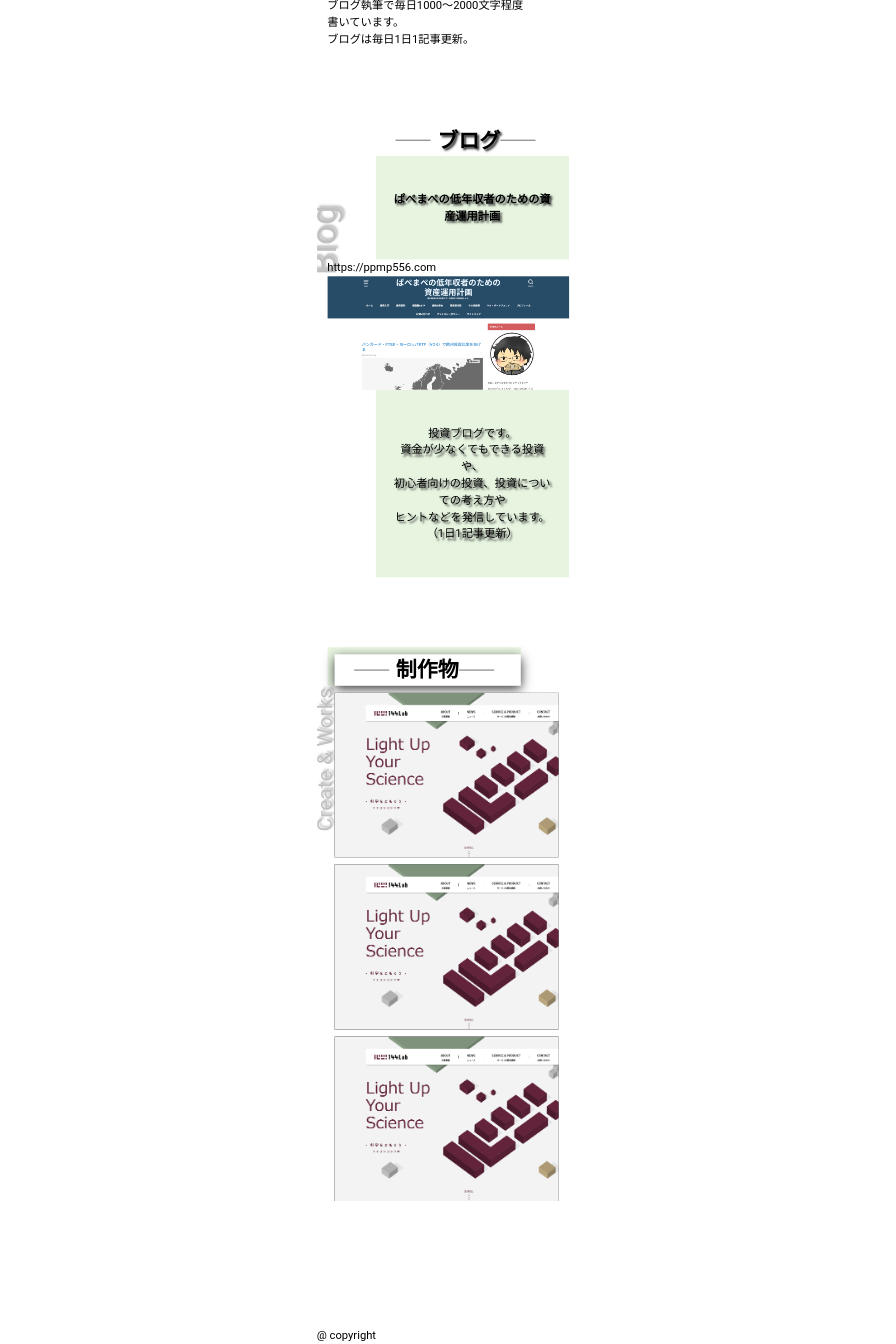
Repository: ppmp556/portfolio6
Page: index copy.html
These files come from the project's save history. The page is drawn as it stood at one moment and after the next save; the edit follows.
The browser window is 1280 px wide. The pictures show the part of the page from y = 2644 to 4564 px (the page is 4564 px tall before and 4549 px after), at 70% of full size.
Some web libraries are served in a nearby version. The style sheet was rebuilt from its Sass, Less or Tailwind sources for each picture, by a compiler version that may differ from the author's.

Above is the page before, as saved 2020-10-26 16:24:50.

### index copy.html
<!DOCTYPE html>
<html ja>
  <head>
    <meta charset="utf-8" />
    <meta
      name="viewport"
      content="width=device-width, initial-scale=1.0, maximum-scale=1.0, minimum-scale=1.0"
    />
    <title>ポートフォリオ</title>
    <link rel="stylesheet" href="css/faundation.css" />
    <link rel="stylesheet" href="css/main.css" />
    <link
      href="https://use.fontawesome.com/releases/v5.6.1/css/all.css"
      rel="stylesheet"
    />
    <script src="https://ajax.googleapis.com/ajax/libs/jquery/3.4.1/jquery.min.js"></script>
  </head>

  <body>
    <div class="container">

      <div class="kv" id="kv_slide">
        <div class="kv_container">
          <img src="images/道.jpg" alt="" class="kv_img">
          <img src="images/仕事場.jpg" alt="" class="kv_img">
          <img src="images/木.jpg" alt="" class="kv_img">



          <!-- <div class="kv_wrapper line"> -->
            <div class="kv_txtbox">

              <p class="kv_ttl">
                kuma
                  <!-- ポートフォリオ<span class="line_type">|</span> -->
              </p><!-- /.kv_animetype -->
              <p class="kv_txt line">making website<span class="line_type">|</span></p><!-- /.kv_txt -->


            <!-- </div> -->
            </div><!-- /.kv_txtbox -->
          <!-- /.kv_wrapper -->
        </div><!-- /.kv_container -->
      </div>
      <!-- /#kv.kv -->

      <header class="header" id="top">
        <div class="header_inner flex">
          <h1 class="header_ttl"><a href="index.html">My Portfolio</a></h1>
          <!-- /.header_ttl -->

          <nav class="nav">
            <!-- ハンバーガーメニュー部分 -->

            <div class="nav_ham" id="nav_toggle">
              <span class="nav_line tg1"></span>
              <span class="nav_line tg2"></span>
              <span class="nav_line tg3"></span>
            </div>
            <!-- ハンバーガーメニューここまで -->

            <ul class="nav_list flex">
              <div class="nav_inner">
                <li class="nav_item">
                  <a href="#Top" class="nav_link">TOP</a>
                </li>
                <!-- /.nav_item -->
                <li class="nav_item">
                  <a href="#about" class="nav_link">Profile</a>
                </li>
                <!-- /.nav_item -->
                <li class="nav_item">
                  <a href="#skill" class="nav_link">Skill</a>
                </li>
                <!-- /.nav_item -->
                <li class="nav_item">
                  <a href="#blog" class="nav_link">Blog</a>
                </li>
                <!-- /.nav_item -->
                <li class="nav_item">
                  <a href="#create" class="nav_link">Create</a>
                </li>
                <!-- /.nav_item -->
              </div><!-- /.nav_inner -->
            </ul>
            <!-- /.nav_list -->
          </nav>
          <!-- /.nav -->
        </div><!-- /.header_inner -->
      </header>
      <!-- /.header -->



      <main class="main_container">
        <div class="inner">

          <section class="about" id="about">
            <h2 class="section_ttl">プロフィール</h2>
            <!-- /.section_ttl -->

            <div class="section_inner">
              <p class="about_txt">
                Lorem ipsum dolor sit amet consectetur adipisicing elit. Accusamus laudantium aperiam quis, voluptates nihil asperiores eaque, eligendi quisquam amet animi perspiciatis ex quia inventore maxime, iusto et magni delectus fugit.
              </p><!-- /.about_txt -->

              <div class="about_clip clip1">
                <div class="about_content">
                  <div class="about_imgbox">
                    <img src="images/アイコン.jpg" alt="" class="about_img">
                    <div class="about_share">
                      <a href="" class="about_share_icon">
                        <i class="fab fa-twitter fa-2x share"></i>
                        <p class="about_sharetxt">Twittreアカウント：ぱぺまぺ</p>
                        <!-- /.about_sharetxt --> </a
                      ><!-- /.about_share_icon -->
                        <br>
                      <!-- <a -->
                        <!-- href="https://twitter.com/share" -->
                        <!-- class="twitter_share_button" -->
                        <!-- data-via="webgaku" -->
                        <!-- data-lang="ja" -->
                        <!-- >ツイート</a -->
                      <!-- > -->
                        <!-- <br> -->
                      <a
                        href="https://twitter.com/ppmp65"
                        class="twitter_follow_button"
                        data-show-count="false"
                        data-lang="ja"
                        >@ppmp65さんをフォロー</a
                      >
                    </div>
                    <!-- /.about_share -->
                  </div>
                  <!-- /.about_imgbox -->
                </div>
                <!-- /.about_content -->
              </div><!-- /.about_clip -->


              <div class="about_clip clip2">
                <div class="about_content __aboutblock">
                  <div class="about_imgbox">
                    <img src="/images/IMG_20190603_225315.jpg" alt="" class="about_img">
                  </div><!-- /.about_imgbox -->
                  <p class="about_txt">
                    はじめまして、福島県を拠点に活動するフリーランスエンジニアの熊田といいます。<br />
                  </p>
                  <!-- /.about_txt -->
                </div>
                <!-- /.about_content -->

              </div><!-- /.about_clip -->
            </div>
            <!-- /.section_inner -->
          </section>
          <!-- /#about.about -->



          <section class="policy" id="policy">
            <div class="section_ttlwrap">
              <h2 class="section_ttl">大切にしていること</h2>
            </div><!-- /.section_ttlwrap -->
            <!-- /.section_ttl -->

            <div class="policy_animebox">
              <div class="policy_anime">
                <p class="policy_txt">
                  <!-- 小さなことからコツコツと毎日やる。<br /> -->
                  <!-- 毎日1mmでもいいから前にすすめる。 -->
                  サンプルサンプルサンプル
                  サンプルサンプルサンプル
                  サンプルサンプルサンプル
                  サンプルサンプルサンプル
                  サンプルサンプルサンプル
                </p>
                <!-- /.policy_txt -->
              </div>
              <!-- /.policy_anime -->
            </div>
            <!-- /.policy_anime -->
          </section>
          <!-- /#policy.policy -->

          <section class="skill" id="skill">
            <div class="scroll_fade_row">
              <h2 class="section_ttl">できること</h2>
              <!-- /.section_ttl -->

              <div class="skill_box">
                <div class="skill_content">


                  <!-- <div class="slide_btn prev"> -->
                    <!-- <i class="fas fa-chevron-circle-left"></i> -->
                  <!-- </div> -->
                  <!-- /.slide_btn -->

                  <div class="skill_inner">
                    <div class="skill_inbox slide active">
                      <i class="skillIcon fas fa-pen"></i>
                      <p class="skill_inboxttl">執筆</p>
                      <!-- /.skill_inboxttl -->
                      <p class="skill_txt">
                        文章を考えるのが好きです<br />
                        ブログ執筆で毎日1000～2000文字程度<br />
                        書いています。<br />
                        ブログは毎日1日1記事更新。
                      </p>
                      <!-- /.skill_txt -->
                    </div>
                    <!-- /.skill_inbox -->

                    <div class="skill_inbox slide active">
                      <i class="fab fa-html5"></i>
                      <i class="fab fa-css3"></i>
                      <i class="fab fa-sass"></i>
                      <p class="skill_inboxttl">コーディング</p>
                      <!-- /.skill_inboxttl -->
                      <p class="skill_txt">
                        独学とプログラミングスクール併用<br />
                        全くの知識ゼロから始めました。<br />
                      </p>
                      <!-- /.skill_txt -->
                    </div>
                    <!-- /.skill_inbox -->

                    <div class="skill_inbox slide active">
                      <i class="fab fa-js"></i>
                      <p class="skill_inboxttl">コーディング</p>
                      <!-- /.skill_inboxttl -->
                      <p class="skill_txt">
                        独学とプログラミングスクール併用<br />
                        全くの知識ゼロから始めました。<br />
                      </p>
                      <!-- /.skill_txt -->
                    </div>
                    <!-- /.skill_inbox -->

                    <div class="skill_inbox slide active">
                      <i class="fab fa-wordpress"></i>
                      <p class="skill_inboxttl">コーディング</p>
                      <!-- /.skill_inboxttl -->
                      <p class="skill_txt">
                        独学とプログラミングスクール併用<br />
                        全くの知識ゼロから始めました。<br />
                      </p>
                      <!-- /.skill_txt -->
                    </div>
                    <!-- /.skill_inbox -->



                    <div class="skill_inbox slide active">
                      <i class="skillIcon fas fa-cog"></i>
                      <p class="skill_inboxttl">執筆</p>
                      <!-- /.skill_inboxttl -->
                      <p class="skill_txt">
                        文章を考えるのが好きです<br />
                        ブログ執筆で毎日1000～2000文字程度<br />
                        書いています。<br />
                        ブログは毎日1日1記事更新。
                      </p>
                      <!-- /.skill_txt -->
                    </div>
                    <!-- /.skill_inbox -->
                  </div>
                  <!-- /.skill_inner -->
                </div>
                <!-- /.skill_content -->
              </div>
              <!-- /.skill_box -->
            </div>
            <!-- /.scroll_fade_row -->
          </section>
          <!-- /#skill.skill -->



          <section class="blog" id="blog">
            <div class="scroll_fade_row">
              <div class="section_ttlwrap">
                <h2 class="section_ttl">ブログ</h2>
                <!-- /.section_ttl -->
              </div><!-- /.section_ttlwrap -->

              <div class="section_inner">
                <h3 class="blog_txt">ぱぺまぺの低年収者のための資産運用計画</h3>
                <!-- /.blog_txt -->

                <div class="blog_imgbox">
                  <a href="https://ppmp556.com"
                    >https://ppmp556.com
                    <img
                      class="blogImg"
                      src="images/invest01.png"
                      alt="ブログ1"
                    />
                  </a>
                </div>
                <!-- /.blog_imgbox -->

                <div class="blog_txtbox">
                  <p class="blog_txt">
                    投資ブログです。<br />
                    資金が少なくてもできる投資や、<br />
                    初心者向けの投資、投資についての考え方や<br />
                    ヒントなどを発信しています。（1日1記事更新）
                  </p>
                  <!-- /.blog_txt -->
                </div>
                <!-- /.blog_txtbox -->
              </div>
              <!-- /.section_inner -->
            </div>
            <!-- /.scroll_fade_row -->
          </section>
          <!-- /#blog.blog -->



          <section class="create" id="create">
            <div class="scroll_fade_row">
              <div class="section_ttlwrap">
                <h2 class="section_ttl">制作物</h2>
                <!-- /.section_ttl -->
              </div><!-- /.section_ttlwrap -->
              <div class="section_inner">

                <figure class="create_imgbox">
                  <img src="images/Screenshot_2020-05-28 模写.png" alt="" class="create_img">
                  <figcaption class="create_txtbox">
                    <p class="create_txt">Light Up (ランディングページ)</p>
                    <p class="create_txt">模写サイト(デザインカンプ)</p>
                    <p class="create_txt">html / css / AdobeXd</p>
                    <p class="create_txt">非レスポンシブ</p>
                  </figcaption>
                  <!-- /.create_ttl -->
                </figure>
                <!-- /.create_imgbox -->

                <figure class="create_imgbox">
                  <img src="images/Screenshot_2020-05-28 模写.png" alt="" class="create_img">
                  <figcaption class="create_txtbox">
                    <p class="create_txt">Light Up (ランディングページ)</p>
                    <p class="create_txt">模写サイト(デザインカンプ)</p>
                    <p class="create_txt">html / css / AdobeXd</p>
                    <p class="create_txt">非レスポンシブ</p>
                  </figcaption>
                  <!-- /.create_ttl -->
                </figure>
                <!-- /.create_imgbox -->

                <figure class="create_imgbox">
                  <img src="images/Screenshot_2020-05-28 模写.png" alt="" class="create_img">
                  <figcaption class="create_txtbox">
                    <p class="create_txt">ポートフォリオ</p>
                    <p class="create_txt">このサイト</p>
                    <p class="create_txt">html / css / Sass/ JS / jQuery / AdobeXd</p>
                    <p class="create_txt">レスポンシブ</p>
                  </figcaption>
                  <!-- /.create_ttl -->
                </figure>
                <!-- /.create_imgbox -->


              </div>
              <!-- /.section_inner -->
            </div>
            <!-- /.scroll_fade_row -->
          </section>
          <!-- /#create.create -->
        </div>
        <!-- /.inner -->
      </main>

      <footer class="footer">
        <ul class="footer_list">
          <li class="footer_nav">
            <a href="" class="footer_link"></a>
          </li>
          <!-- /.footer_nav -->
          <li class="footer_nav">
            <a href="" class="footer_link"></a>
          </li>
          <!-- /.footer_nav -->
          <li class="footer_nav">
            <a href="" class="footer_link"></a>
          </li>
          <!-- /.footer_nav -->
          <li class="footer_nav">
            <a href="" class="footer_link"></a>
          </li>
          <!-- /.footer_nav -->
          <li class="footer_nav">
            <a href="" class="footer_link"></a>
          </li>
          <!-- /.footer_nav -->
        </ul>
        <!-- /.footer_list -->

        <div class="footer_copy">
          <small class="footer_txt">@ copyright</small
          ><!-- /.footer_txt -->
        </div>
        <!-- /.footer_copy -->
      </footer>
      <!-- /.footer -->
    </div>
    <!-- /.container -->

    <!-- <btn id="page-top"><a href="#top">PAGE TOP</a></btn> -->
    <script src="https://code.jquery.com/jquery-3.4.1.js"></script>
    <script src="main.js"></script>
  </body>
</html>

### css/faundation.css
/*
html5doctor.com Reset Stylesheet
v1.6.1
Last Updated: 2010-09-17
Author: Richard Clark - http://richclarkdesign.com
Twitter: @rich_clark
*/

html,
body,
div,
span,
object,
iframe,
h1,
h2,
h3,
h4,
h5,
h6,
p,
blockquote,
pre,
abbr,
address,
cite,
code,
del,
dfn,
em,
img,
ins,
kbd,
q,
samp,
small,
strong,
sub,
sup,
var,
b,
i,
dl,
dt,
dd,
ol,
ul,
li,
fieldset,
form,
label,
legend,
table,
caption,
tbody,
tfoot,
thead,
tr,
th,
td,
article,
aside,
canvas,
details,
figcaption,
figure,
footer,
header,
hgroup,
menu,
nav,
section,
summary,
time,
mark,
audio,
video {
  margin: 0;
  padding: 0;
  border: 0;
  outline: 0;
  font-size: 100%;
  vertical-align: baseline;
  background: transparent;
}

body {
  line-height: 1.5;
}

article,
aside,
details,
figcaption,
figure,
footer,
header,
hgroup,
menu,
nav,
section {
  display: block;
}

nav ul {
  list-style: none;
}

table {
  border-collapse: collapse;
  border-spacing: 0;
}


a {
  color: inherit;
  text-decoration: none;
}


img {
  width: 100%;

  /*画像がはみでるのを防ぐ　max-width*/
  max-width: 100%;
  height: auto;

  vertical-align: bottom;
}

/* h1,h2,h3,h4,h5,h6 { */
/* font-weight: bold; */
/* } */

Loaded but not shown: main.js (227 lines, source omitted); css/main.scss (1044 lines, source omitted)

After the next save:
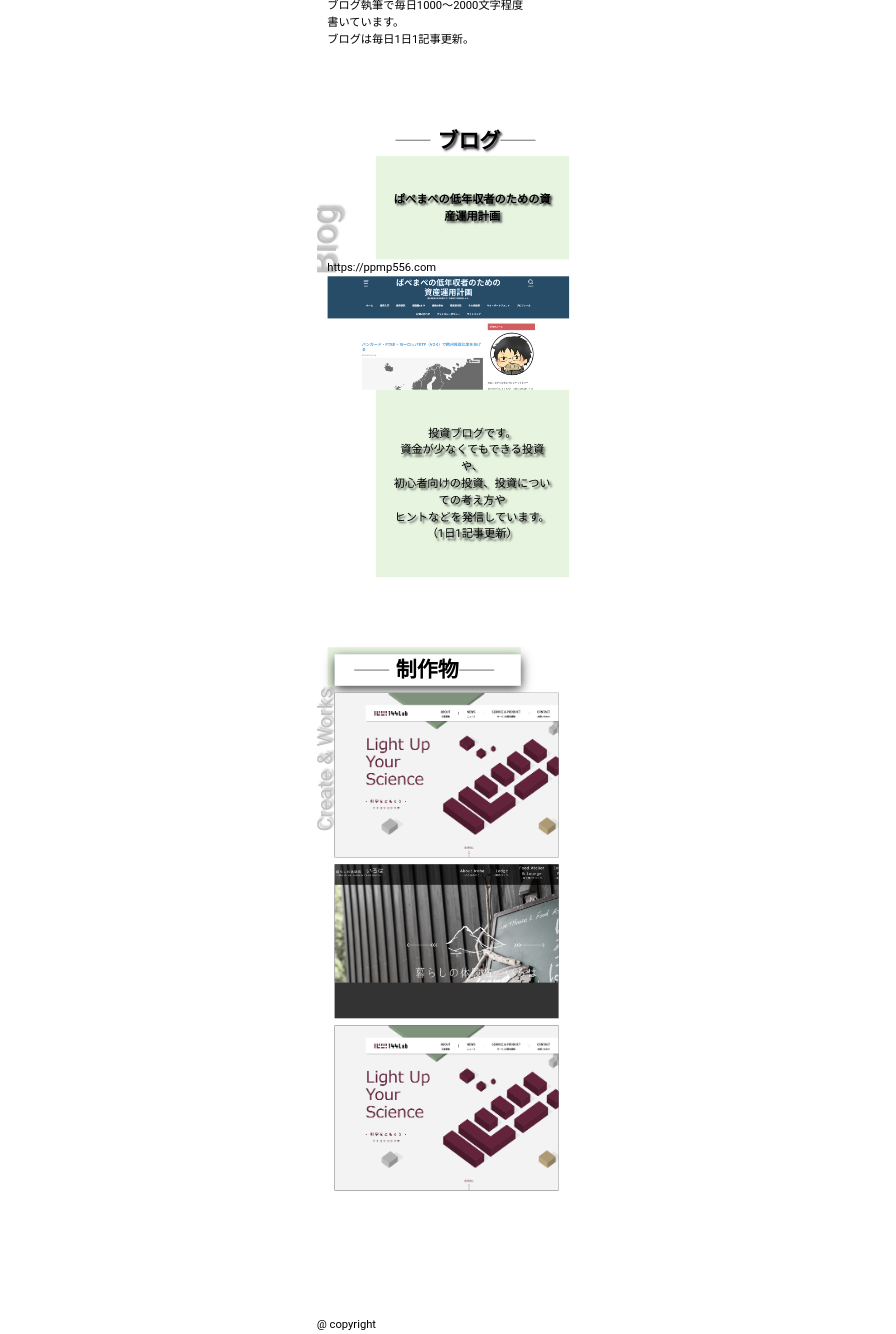
Saved 2 min 20 s later.
--- a/index copy.html
+++ b/index copy.html
@@ -342,12 +342,12 @@
                 <!-- /.create_imgbox -->
 
                 <figure class="create_imgbox">
-                  <img src="images/Screenshot_2020-05-28 模写.png" alt="" class="create_img">
+                  <img src="images/Screenshot_2020-06-24 いろは模写.jpg" alt="" class="create_img">
                   <figcaption class="create_txtbox">
-                    <p class="create_txt">Light Up (ランディングページ)</p>
+                    <p class="create_txt">いろは</p>
                     <p class="create_txt">模写サイト(デザインカンプ)</p>
-                    <p class="create_txt">html / css / AdobeXd</p>
-                    <p class="create_txt">非レスポンシブ</p>
+                    <p class="create_txt">html / css / JavaScript / jQuery /AdobeXd</p>
+                    <p class="create_txt">レスポンシブ</p>
                   </figcaption>
                   <!-- /.create_ttl -->
                 </figure>
